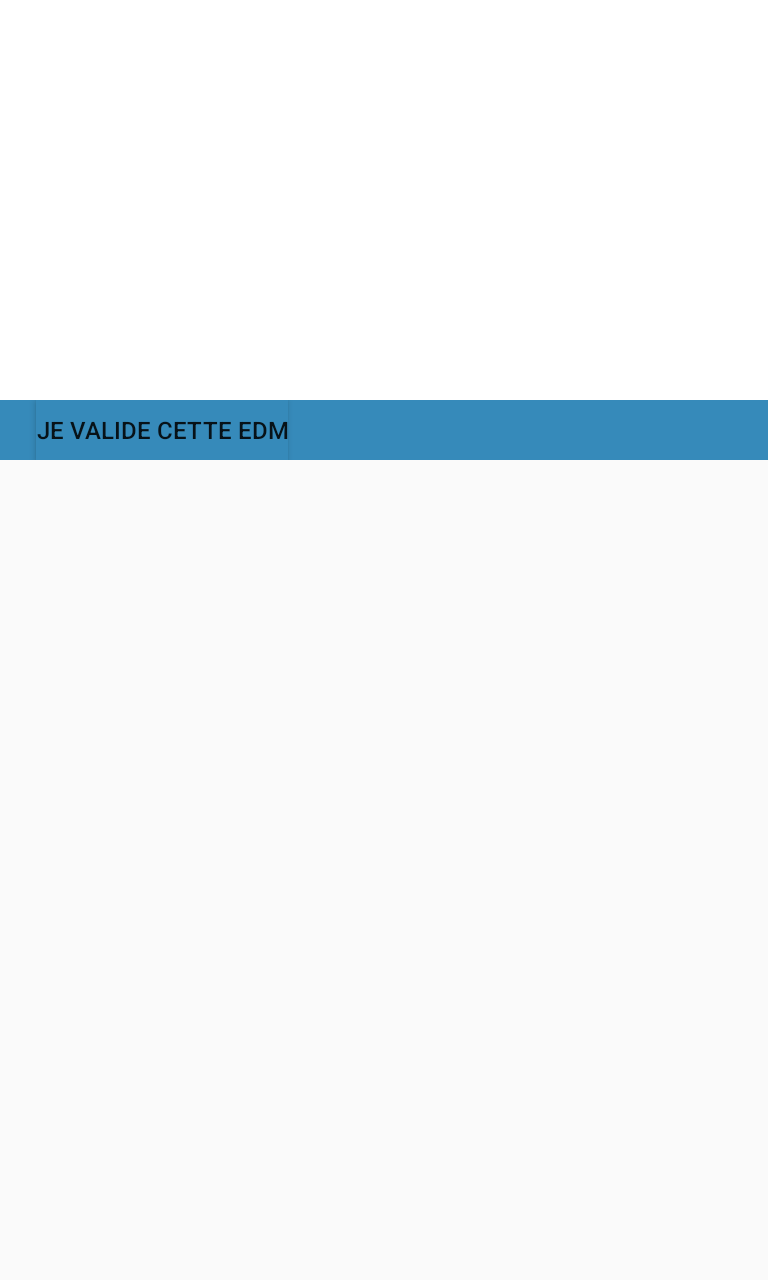
Repository: pierrealexvezinet/excusedemerde
Layout: edm/res/layout/edm_textview_layout.xml
These files come from the project's save history. The layout is drawn as it stood at one moment and after the next save; the edit follows.
It is drawn on a 768 x 1280 px phone screen (xhdpi) without system bars, with theme Theme.AppCompat.Light; the app's code is not run.

Above is the layout before, as saved 2014-02-16 22:30:08.

### edm/res/layout/edm_textview_layout.xml
<?xml version="1.0" encoding="utf-8"?>
<LinearLayout xmlns:android="http://schemas.android.com/apk/res/android"
    android:id="@+id/edm_accueil_llt"
    android:layout_width="match_parent"
    android:layout_height="match_parent"
    android:orientation="vertical" >

    <RelativeLayout
        android:layout_width="match_parent"
        android:layout_height="200dp"
        android:background="@color/edm_blue_dark_background"
        android:orientation="vertical" >

        <TextView
            android:id="@+id/tv_edm_post"
            android:layout_width="match_parent"
            android:layout_height="match_parent"
            android:background="#FFFFFF"
            android:gravity="center_vertical"
            android:minHeight="?android:attr/listPreferredItemHeight"
            android:paddingLeft="6dip"
            android:textAppearance="?android:attr/textAppearanceLarge"
            android:textColor="#000000"
            android:textSize="12sp" />
    </RelativeLayout>

    <RelativeLayout
        android:layout_width="match_parent"
        android:layout_height="30dp"
        android:background="@color/btn_forum_color"
        android:orientation="vertical" >

        <RelativeLayout
            android:layout_width="match_parent"
            android:layout_height="match_parent"
            android:background="@color/edm_blue_dark_background"
            android:gravity="left" >

            <TextView
                android:id="@+id/tv_edm_post_date"
                android:layout_width="wrap_content"
                android:layout_height="fill_parent"
                android:gravity="center"
                android:minHeight="?android:attr/listPreferredItemHeight"
                android:paddingLeft="6dip"
                android:textAppearance="?android:attr/textAppearanceLarge"
                android:textColor="@color/white"
                android:textSize="12sp" />

            <TextView
                android:id="@+id/tv_edm_post_hour"
                android:layout_width="wrap_content"
                android:layout_height="fill_parent"
                android:layout_toRightOf="@id/tv_edm_post_date"
                android:gravity="center_vertical"
                android:minHeight="?android:attr/listPreferredItemHeight"
                android:paddingLeft="6dip"
                android:textAppearance="?android:attr/textAppearanceLarge"
                android:textColor="@color/white"
                android:textSize="12sp" />

            <TextView
                android:id="@+id/tv_edm_post_auteur"
                android:layout_width="wrap_content"
                android:layout_height="fill_parent"
                android:layout_toRightOf="@+id/tv_edm_post_hour"
                android:gravity="center_vertical"
                android:minHeight="?android:attr/listPreferredItemHeight"
                android:paddingLeft="6dip"
                android:textAppearance="?android:attr/textAppearanceLarge"
                android:textColor="@color/white"
                android:textSize="12sp" />

            <Button
                android:id="@+id/bt_valider_edm"
                android:layout_width="wrap_content"
                android:layout_height="wrap_content"
                android:layout_alignParentTop="true"
                android:layout_toRightOf="@+id/tv_edm_post_auteur"
                android:background="@color/edm_blue_dark_background"
                android:text="@string/text_btn_valider_edm"
                android:textSize="12sp" />
        </RelativeLayout>
    </RelativeLayout>

</LinearLayout>

### edm/res/values/colors.xml
<?xml version="1.0" encoding="utf-8"?>
<resources>

    <color name="edm_blue_background" >#AAD2E9</color>
    <color name="edm_blue_dark_background">#368ABA</color>
    <color name="btn_accueil_color">#D98E20</color>
    <color name="btn_forum_color">#97AC72</color>
    <color name="btn_shopping_color">#EA877B</color>
    <color name="btn_account_color">#D0AEC6</color>
    <color name="btn_pipotek_color">#C6CAFB</color>
    <color name="btn_parametres_color">#B877D6</color>


    <color name="bg_start">#000000</color>
    <color name="bg_end">#293436</color>
    <color name="bg_mentions_start">#529d07</color>
    <color name="bg_mentions_end">#d3ff00</color>
    <color name="bg">#FFF</color>
    <color name="bg_dialog">#adadad</color>
    <color name="catalog_titlebar_background">#60ab21</color>
    <color name="reduction_titlebar_background">#60ab21</color>
    <color name="menu_background">#FFF</color>
    <color name="menu_background_selected">#888</color>
    <color name="bg_selectedcell">#3C3A3A</color>
    <color name="bt_text">#352a26</color>
    <color name="text_info">#999999</color>
    <color name="text_green">#ADCB10</color>
    <color name="text_black">#000000</color>
    <color name="text_lightgrey">#989898</color>
    <color name="text_grey">#888888</color>
    <color name="blanc">#FFFFFF</color>
    <color name="white">#FFFFFF</color>
    <color name="debug">#33FF0000</color>
    <color name="debug2">#3300FF00</color>
    <color name="translucent_black">#AA000000</color>
    <color name="transparent">#00000000</color>
    <color name="pink">#D3007E</color>
    <color name="red">#F00</color>
    <color name="background">#88000000</color>
    <color name="pense_bete_text">#000000</color>
    <color name="my_list_parent_text">#181947</color>
    <color name="edm_green">#83af0b</color>
    <color name="edm_green_tap">#9eca32</color>
    <color name="edm_green_translucent">#CC83af0b</color>
    <color name="edm_green_translucent_tap">#CC9eca32</color>
    <color name="edm_pink">#cb0081</color>
    <color name="edm_pink_tap">#FF82C6</color>
    <color name="edm_pink_translucent">#CCcb0081</color>
    <color name="edm_pink_translucent_tap">#CCFF82C6</color>
    <color name="edm_white_translucent">#CCFFFFFF</color>
    <color name="edm_black_translucent">#CC000000</color>
    <color name="edm_grey_solid">#6f6d6d</color>
    <color name="edm_orange">#ff6c00</color>
    <color name="edm_light_orange">#ff912C</color>
    <color name="edm_white_cream">#efeae8</color>
    <color name="edm_cream_button">#f2eeec</color>
    <color name="edm_light_grey">#ccc2be</color>
    <color name="edm_black">#181947</color>
    <color name="edm_dark_grey">#a5918a</color>
    <color name="edm_dark_grey_translucent">#CCa5918a</color>
    <color name="edm_button_gray_text">#a5918a</color>
    <color name="edm_button_gray_background">#CCefeae8</color>
    <color name="edm_button_gray_deactivated_text">#efeae8</color>
    <color name="edm_button_gray_deactivated_background">#CCffffff</color>

</resources>

### edm/res/values/strings.xml
<?xml version="1.0" encoding="utf-8"?>
<resources>

    <!-- EDM GENERAL -->
    <string name="app_name">Excuse de merde</string>
    <string name="action_settings">Settings</string>
    <string name="drawer_open">Drawer ouvert</string>
    <string name="drawer_closed">Drawer fermé</string>
    <string name="ac_refresh">Refresh</string>

    <!-- EDM ALERT DIALOG PARAMETRES MES EDMS -->
    <string name="title_alert_dialog_retour_accueil">Information</string>
    <string name="button_valid_retour_accueil">Retourner à l\'accueil</string>
    <string name="message_aucunes_edms_utilisateur">Vous n\'avez pas d\'EDMs.</string>
    <string name="message_pas_connecte_voir_edms">Vous devez être connécté pour voir vos EDMs.</string>

    <!-- EDM ALERT DIALOG EDM FRAGMENT ACTIVITY CONNECTE POUR POSTER EDM -->
    <string name="title_alert_dialog_retour_to_post_edm">Attention</string>
    <string name="button_connect_me">Me connecter !</string>
    <string name="message_pas_connecte">Vous devez être connecté pour pouvoir poster des EDMs.</string>

    <!-- EDM MES EDMS -->
    <string name="app_name_mes_edms">Mes EDMs</string>

    <!-- EDM CLASSEMENT TOP TEN DES MYTHOS -->
    <string name="app_name_top_ten_des_mythos">Top 10 des mythos</string>

    <!-- EDM PROGRESS BAR -->
    <string name="chargement_en_cours">Chargement en cours</string>
    <string name="merci_de_patienter">Merci de patienter</string>

    <!-- EDM AUTHENTICATION -->
    <string name="app_name_authentication">Authentification</string>

    <!-- EDM ACCUEIL -->
    <string name="app_name_accueil">Accueil</string>

    <!-- EDM POSTER EDM -->
    <string name="app_name_poster_edm">Poster une EDM</string>
    <string name="poster_edm_bt">Poster une EDM</string>
    <string name="text_edm_to_post">Votre EDM se tape ici ...</string>
    <string name="text_edm_posted_with_succes">Votre EDM a été postée avec succès</string>
    <string name="text_btn_valider_edm">Je valide cette EDM</string>

    <!-- EDM ACCOUNT -->
    <string name="lieu_residence_user">Lieu de résidence :</string>
    <string name="civilite_user">Civilité :</string>
    <string name="date_naissance_user">Date de naissance :</string>
    <string name="visite_du_profil_user">Visite(s) du profil :</string>
    <string name="nb_commentaire_user">Commentaires :</string>
    <string name="nb_edms_user">Nombre de EDMs :</string>
    <string name="ma_photo">Ma photo :</string>
    <string name="non_renseigne">Aucun(e)</string>
    <string name="editer_profil">Editer mon profil</string>
    <string name="user_photo">user photo</string>

    <!-- EDM ROI DES MYTHOS -->
    <string name="app_name_roi_des_mythos">Roi des mythos</string>
    <string name="afficher_profil_roi_des_mythos">Afficher le profil</string>
    <string name="user_ne_souhaite_pas_partager_son_profil">Cet utilisateur n\'a pas souhaité partager les informations le concernant.</string>
    <string name="profil_user_hidden">Profil utlisateur caché</string>

    <!-- EDM EDIT ACCOUNT -->
    <string name="app_name_edition_profil">Edition profil</string>
    <string name="edit_civilite_user">Civilite</string>
    <string name="edit_date_de_naissance_user">Date de naissance</string>
    <string name="edit_ville_user">Résidence</string>
    <string name="edit_statut_user">Statut</string>
    <string name="edit_pays_user">Pays</string>
    <string name="edit_fuseau_user">user photo</string>
    <string name="edit_a_propos_user">A propos</string>
    <string name="edit_changer_photo_user">Avatar</string>
    <string name="edit_cacher_profil_user">Cacher Profil</string>
    <string name="valider_edition_edm">Valider</string>
    <string name="profil_mis_a_jour">Votre profil a correctement été mis à jour</string>

    <!-- EDM MENU DRAWER -->
    <string name="app_name_account">Mon Compte</string>
    <string name="drawer_menu_item_accueil">Accueil</string>
    <string name="drawer_menu_item_Forum">Forum</string>
    <string name="drawer_menu_item_Boutique">Boutique</string>
    <string name="drawer_menu_item_mon_compte">Mon compte</string>
    <string name="drawer_menu_item_pipotek">Pipotek</string>
    <string name="drawer_menu_item_parametres">Paramètres</string>

    <!-- EDM GENERAL -->


    <!-- EDM LOGIN -->
    <string name="pseudo_edm">Pseudo</string>
    <string name="password_edm">Mot de passe</string>
    <string name="remind_me_edm">Se souvenir de moi</string>
    <string name="connexion_edm">Connexion</string>

    <!-- EDM PARAMETRES -->
    <string name="app_name_parameters">Plus</string>
    <string name="mon_compte">MON COMPTE</string>
    <string name="forum">FORUM</string>
    <string name="boutique">BOUTIQUE</string>
    <string name="luminosite">LUMINOSITE</string>
    <string name="deconnexion">DECONNEXION</string>

    <!-- QUITTER EDM -->

    <string name="warning">Attention</string>
    <string name="quitt_edm_application">Souhaitez-vous vraiment quitter EDM ?</string>

</resources>

After the next save:
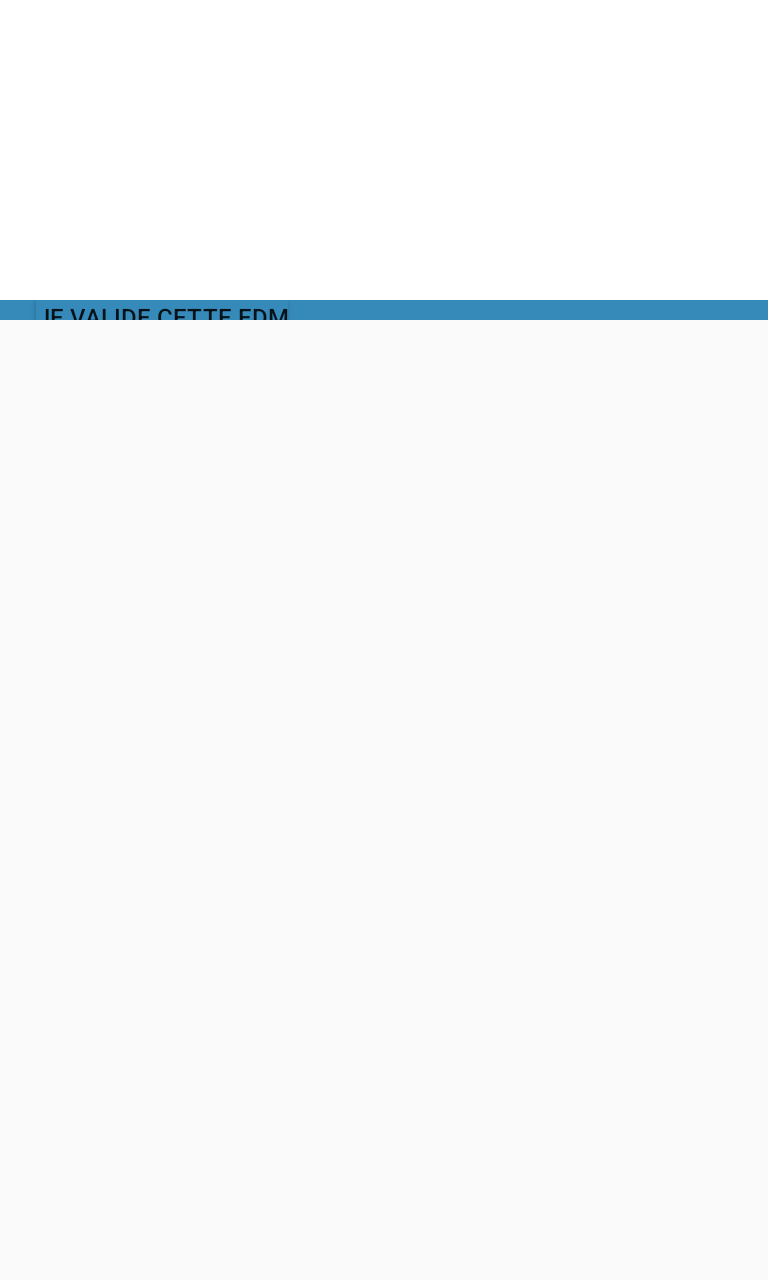
Saved 76 s later.
--- a/edm/res/layout/edm_textview_layout.xml
+++ b/edm/res/layout/edm_textview_layout.xml
@@ -7,7 +7,7 @@
 
     <RelativeLayout
         android:layout_width="match_parent"
-        android:layout_height="200dp"
+        android:layout_height="150dp"
         android:background="@color/edm_blue_dark_background"
         android:orientation="vertical" >
 
@@ -26,7 +26,7 @@
 
     <RelativeLayout
         android:layout_width="match_parent"
-        android:layout_height="30dp"
+        android:layout_height="10dp"
         android:background="@color/btn_forum_color"
         android:orientation="vertical" >
 
